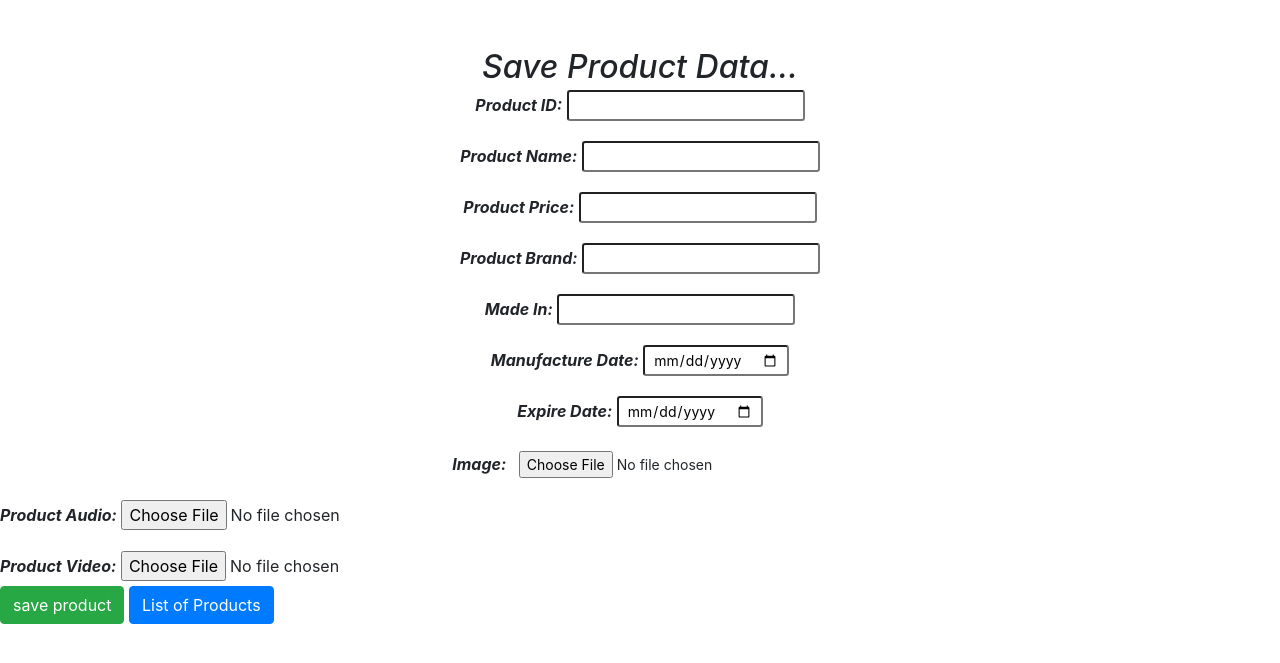
Repository: Geethamanasa/AdvanceJavaPrograms
Page: AddProductApp/src/main/webapp/Addproduct.html
An editor plug-in stored every save of this project. The page is shown before and after the next save, followed by the edit.
The browser window is 1280 px wide. The pictures show the whole page.

Above is the page before, as saved 2024-03-11 04:37:46.

After the next save:
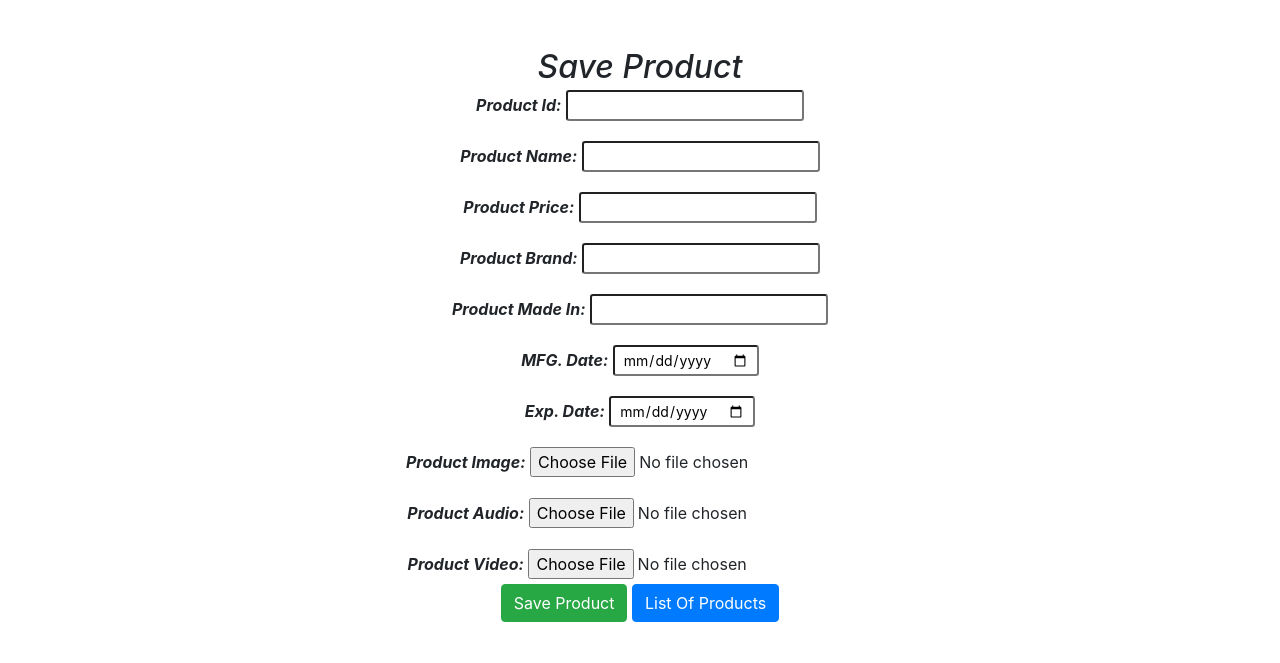
Saved 2 min 15 s later.
--- a/AddProductApp/src/main/webapp/Addproduct.html
+++ b/AddProductApp/src/main/webapp/Addproduct.html
@@ -1,70 +1,66 @@
 <!DOCTYPE html>
 <html>
-<head>
+	<head>
+		<title>Product Details...</title>
+		<!-- Latest compiled and minified CSS -->
+<link rel="stylesheet" href="https://stackpath.bootstrapcdn.com/bootstrap/4.5.2/css/bootstrap.min.css" integrity="sha384-JcKb8q3iqJ61gNV9KGb8thSsNjpSL0n8PARn9HuZOnIxN0hoP+VmmDGMN5t9UJ0Z" crossorigin="anonymous">
 
-<title>Add product</title>
-<!-- BootStrap CDN link to get the support of BootStrap -->
-<link rel="stylesheet"
-href="https://stackpath.bootstrapcdn.com/bootstrap/4.5.2/css/bootstrap.min.css" rel="stylesheet">
-
-<!-- This is Java Script validation code location -->
-<script src="formvalidations.js"></script>
+		<script type="text/javascript" src="formvalidations.js"></script>
 
 
-</head>
-<body>
-<div class="container mt-5 text-center">
-<h2 class="text-center font-italic mb-1">Save Product Data...</h2>
-<form method="post" action="./AddProductServlet" enctype="multipart/form-data" onsubmit="return ValidateForm()">
+	</head>
+	<body>
+	<div class="container mt-5 text-center">
+	<h2 class="text-center font-italic mb-1">Save Product</h2>
+	  <form method="post" action="AddProductServlet" enctype="multipart/form-data" onsubmit="return ValidateForm()">
 
-<div class="form-group">
-<label class="font-italic font-weight-bold" for="proId">Product ID:</label>
-<Input type="number" class="form-control-sm" id="proId" name="proId" required>
-</div>
+		<div class="form-group">
+				<label class="font-italic font-weight-bold" for="proId">Product
+					Id:</label> <input type="text" class="form-control-sm" name="proId"
+					id="proId" required>
+			</div>
 
+			<div class="form-group">
+				<label class="font-italic font-weight-bold" for="proName">Product
+					Name:</label> <input type="text" class="form-control-sm" name="proName"
+					id="proName" required>
+			</div>
 
-<div class="form-group">
-<label class="font-italic font-weight-bold" for="proName">Product Name:</label>
-<Input type="text" class="form-control-sm" id="proName" name="proName" required>
-</div>
+			<div class="form-group">
+				<label class="font-italic font-weight-bold" for="proPrice">Product
+					Price:</label> <input type="text" class="form-control-sm" name="proPrice"
+					id="proPrice" required>
+			</div>
 
+			<div class="form-group">
+				<label class="font-italic font-weight-bold" for="proBrand">Product
+					Brand:</label> <input type="text" class="form-control-sm" name="proBrand"
+					id="proBrand" required>
+			</div>
 
-<div class="form-group">
-<label class="font-italic font-weight-bold" for="proPrice">Product Price:</label>
-<Input type="number" class="form-control-sm" id="proPrice" name="proPrice" required>
-</div>
+			<div class="form-group">
+				<label class="font-italic font-weight-bold" for="proMadeIn">Product
+					Made In:</label> <input type="text" class="form-control-sm" name="proMadeIn"
+					id="proMadeIn" required>
+			</div>
 
+			<div class="form-group">
+				<label class="font-italic font-weight-bold" for="proMfgDate">MFG.
+					Date:</label> <input type="date" class="form-control-sm" name="proMfgDate"
+					id="proMfgDate" required>
+			</div>
 
-<div class="form-group">
-<label class="font-italic font-weight-bold" for="proBrand">Product Brand:</label>
-<Input type="text" class="form-control-sm" id="proBrand" name="proBrand" required>
-</div>
+			<div class="form-group">
+				<label class="font-italic font-weight-bold" for="proExpDate">Exp.
+					Date:</label> <input type="date" class="form-control-sm" name="proExpireDate"
+					id="proExpireDate" required>
+			</div>
 
-
-<div class="form-group">
-<label class="font-italic font-weight-bold" for="proMadeIn">Made In:</label>
-<Input type="text" class="form-control-sm" id="proMadeIn" name="proMadeIn" required>
-</div>
-
-
-<div class="form-group">
-<label class="font-italic font-weight-bold" for="proManufactureDate">Manufacture Date:</label>
-<Input type="date" class="form-control-sm" id="proManufactureDate" name="proManufactureDate" required>
-</div>
-
-
-
-<div class="form-group">
-<label class="font-italic font-weight-bold" for="Expire Date">Expire Date:</label>
-<Input type="date" class="form-control-sm" id="proExpireDate" name="proExpireDate" required>
-</div>
-
-<div class="form-group">
-<label class="font-italic font-weight-bold" for="proImage">Image:</label>
-<Input type="file" class="form-control-sm" id="proImage" name="proImage" required>
-</div>
-
-</div>
+			<div class="form-group">
+				<label class="font-italic font-weight-bold" for="proImage">Product
+					Image:</label> <input type="file" class="form-control-file-sm" name="proImage"
+					id="proImage" accept="image/*" required>
+			</div>
 			<div class="form-group">
 				<label class="font-italic font-weight-bold" for="proAudio">Product
 					Audio:</label>
@@ -78,23 +74,11 @@ href="https://stackpath.bootstrapcdn.com/bootstrap/4.5.2/css/bootstrap.min.css"
 				id="proVideo" accept="video/*" required>
 			</div>
 
-
-
-
-
-
-
-
-
-
-<div>
-<input type="submit" class="btn btn-success" value="save product"/>
-<a href="ProductListDisplay.jsp" class="btn btn-primary">List of Products</a>
-</div>
-
-
-</form>
-</div>
-
-</body>
+		<div>
+		  <input type="submit" class="btn btn-success" value="Save Product"/>
+		  <a href="ProductListDisplay.jsp" class="btn btn-primary">List Of Products</a>
+		</div>
+	  </form>
+	</div>
+	</body>
 </html>
